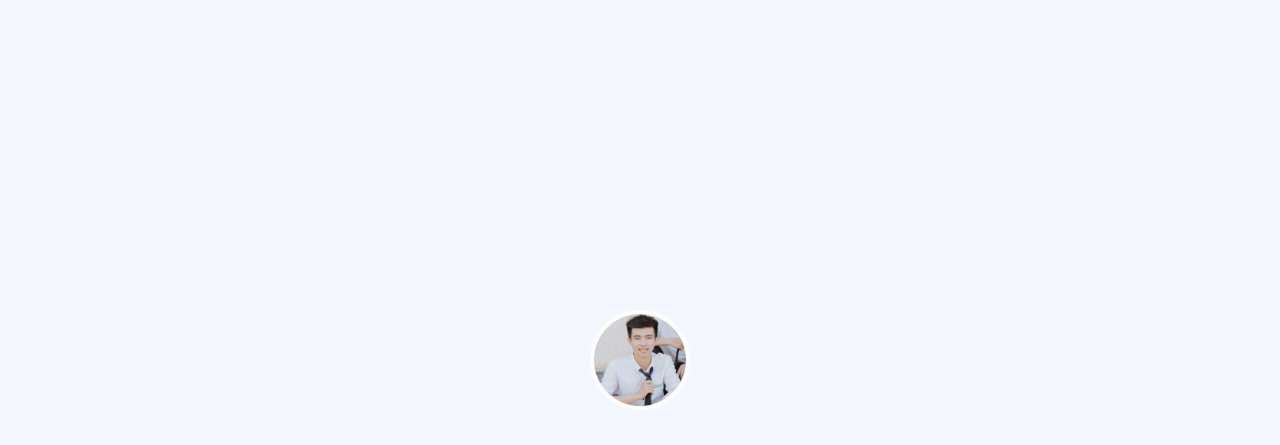
Repository: dinhhaidh/Profile
Page: index.html
These files come from the project's save history. The page is drawn as it stood at one moment and after a run of saves; the edit follows.
The browser window is 1280 px wide. The pictures show the whole page.
The pointer rests on the first visible `.card__article`.
Some web libraries are served in a nearby version.

Above is the page before, as saved 2024-02-29 09:33:29.

### index.html
<!DOCTYPE html>
<html lang="en">
<head>
    <meta charset="UTF-8">
    <meta name="viewport" content="width=device-width, initial-scale=1.0">

    <!--=============== REMIXICONS ===============-->
    <link rel="stylesheet" href="https://cdnjs.cloudflare.com/ajax/libs/remixicon/4.0.1/remixicon.css">

    <!--=============== CSS ===============-->
    <link rel="stylesheet" href="style.css">

    <title>Profile card with tooltip</title>
</head>
<body>
    <div class="container">
        <article class="card__article">
            <div class="card__profile">
                <img src="./img/img.jpg" alt="image" class="card__profile-img">
            </div>

            <div class="card__tooltip">
                <div class="card__content">
                    <header class="card__header">
                        <span>Social</span>

                        <div class="card__social">
                            <a href="https://www.linkedin.com" target="_blank">
                                <i class="ri-linkedin-box-line"></i>
                            </a>

                            <a href="https://www.github.com" target="_blank">
                                <i class="ri-github-fill"></i>
                            </a>

                            <a href="https://www.dribbble.com" target="_blank">
                                <i class="ri-dribbble-line"></i>
                            </a>
                        </div>
                    </header>

                    <div class="card__data">
                        <div class="card__image">
                            <div class="card__mask">
                                <img src="./img/img.jpg" alt="image" class="card__img">
                            </div>

                            <span class="card__status">

                            </span>
                        </div>
                        <h2 class="card__name">Phạm Đình Hải</h2>
                        <h3 class="card__profession">Web designer</h3>

                        <a href="" class="card__button">
                            <i class="ri-chat-3-line"></i> <span>Send Message</span>
                        </a>
                    </div>
                </div>
            </div>
        </article>
    </div>
</body>
</html>

### style.css
/*=============== GOOGLE FONTS ===============*/
@import url("https://fonts.googleapis.com/css2?family=Syne:wght@400;500;600&display=swap");

/*=============== VARIABLES CSS ===============*/
:root {
    /*========== Colors ==========*/
    /*Color mode HSL(hue, saturation, lightness)*/
    --first-color: hsl(230, 100%, 50%);
    --second-color: hsl(150, 100%, 38%);
    --title-color: hsl(230, 24%, 12%);
    --text-color: hsl(230, 4%, 60%);
    --gray-color: hsl(230, 24%, 88%);
    --border-color: hsl(230, 4%, 92%);
    --body-color: hsl(230, 100%, 98%);
    --container-color: hsl(0, 0%, 100%);

    /*========== Font and typography ==========*/
    /*.5rem = 8px | 1rem = 16px ...*/
    --body-font: "Syne", sans-serif;
    --h2-font-size: 1.25rem;
    --normal-font-size: 1rem;
}

/*=============== BASE ===============*/
* {
    box-sizing: border-box;
    padding: 0;
    margin: 0;
}

body {
    font-family: var(--body-font);
    font-size: var(--normal-font-size);
    background-color: var(--body-color);
    color: var(--text-color);
}

a {
    text-decoration: none;
}

img {
    display: block;
    max-width: 100%;
    height: auto;
}

/*=============== CARD ===============*/
.container {
    height: 100vh;
    display: grid;
    place-items: center;
    margin-inline: 1.5rem;
    padding-block: 7rem;
}

.card__article {
    position: relative;
    align-items: flex-end;
    display: flex;
    justify-content: center;
}

.card__profile,
.card__mask {
    width: 100px;
    height: 100px;
    background-color: var(--gray-color);
    border-radius: 50%;
    overflow: hidden;
    display: flex;
    align-items: flex-end;
    justify-content: center;
    border: 4px solid var(--container-color);
    z-index: 5;
    transition: opacity .4s, transform .4s;
}

.card__profile img,
.card__mask img {
    width: 95px;
}

.card__tooltip {
    position: absolute;
    bottom: -2rem;
    padding-bottom: 5rem;

    /* ẩn đi */
    transition: opacity .4s, bottom .4s cubic-bezier(.6, -.5, .3, 1.5);
    pointer-events: none;
    opacity: 0;
}

.card__content {
    position: relative;
    width: calc(100vw - 3rem);
    background-color: var(--container-color);
    box-shadow: 0 16px 32px hsla(230, 50%, 20%, .1);
    padding: 2rem 1.5rem;
    border-radius: 1.5rem;
}

.card__content::after {
    content: "";
    width: 32px;
    height: 32px;
    background-color: var(--container-color);
    position: absolute;
    left: 0;
    right: 0;
    bottom: -.75rem;
    margin-inline: auto;
    border-radius: .25rem;
    rotate: 45deg;
}

.card__header {
    display: flex;
    justify-content: space-between;
    align-items: center;
    border-bottom: 1px solid var(--border-color);
    padding-bottom: 1.5rem;
    margin-bottom: 1.5rem;
}
.card__header span{
    color: var(--title-color);
    font-weight: 500;
}

.card__social {
    display: flex;
    column-gap: .75rem;
}

.card__social a{
    font-size: 1.25rem;
    color: var(--title-color);
}

.card__data {
    text-align: center;
}

.card__image {
    width: 100px;
    height: 100px;
    position: relative;
    margin: 0 auto 1rem;
}

.card__img {}

.card__status {
    width: 12px;
    height: 12px;
    background-color: var(--second-color);
    position: absolute;
    top: .5rem;
    right: 0.75rem;
    border-radius: 50%;
    border: 2px solid var(--container-color);
}

.card__name {
    font-size: var(--h2-font-size);
    color: var(--title-color);
    font-weight: 600;
    margin-bottom: .25rem;
}

.card__profession {
    font-size: var(--normal-font-size);
    font-weight: 500;
    margin-bottom: 2rem;
}

.card__button {
    display: inline-flex;
    column-gap: .5rem;
    color: var(--first-color);
    font-weight: 500;
}

.card__button i {
    font-size: 1.25rem;
}

/* Scale profile image */
.card__article:hover .card__profile{

}

/* Show tooltip card */


/*=============== BREAKPOINTS ===============*/
/* For medium devices */

After the next 3 saves:
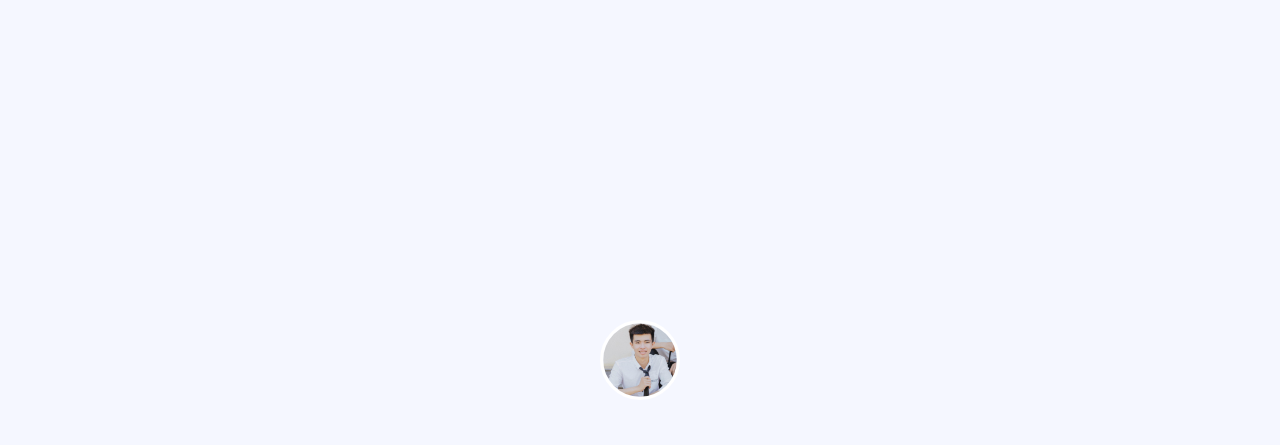
The 3 saves are shown as one change because they came seconds apart.
The last was saved 18 s later.
--- a/style.css
+++ b/style.css
@@ -188,7 +188,7 @@ img {
 
 /* Scale profile image */
 .card__article:hover .card__profile{
-
+    transform: scale(.8);
 }
 
 /* Show tooltip card */
